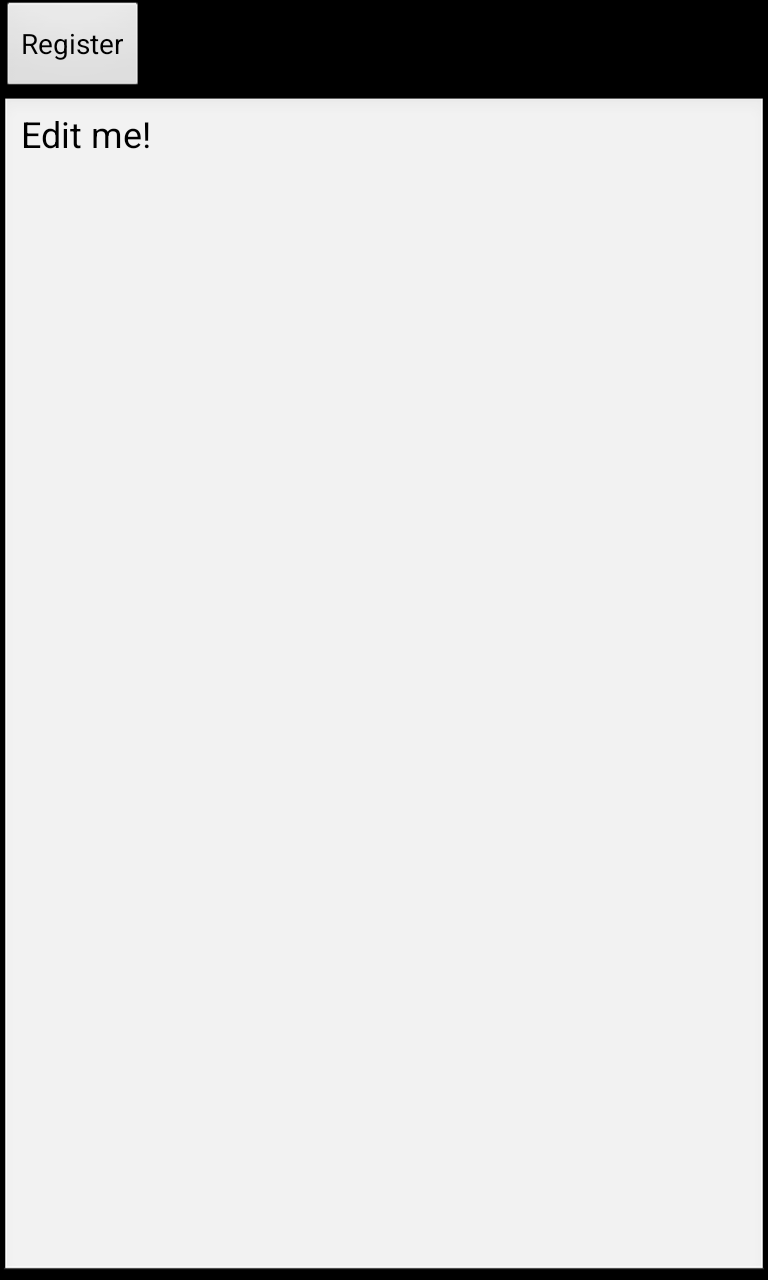
Repository: AjayTripathy/rice
Layout: android.rice.StickyNotesActivity/res/layout/main.xml
An editor plug-in stored every save of this project. The layout is shown before and after the next save, followed by the edit.
It is drawn on a 768 x 1280 px phone screen (xhdpi) without system bars, with theme android:Theme; the app's code is not run.

Above is the layout before, as saved 2012-07-22 08:53:25.

After the next save:
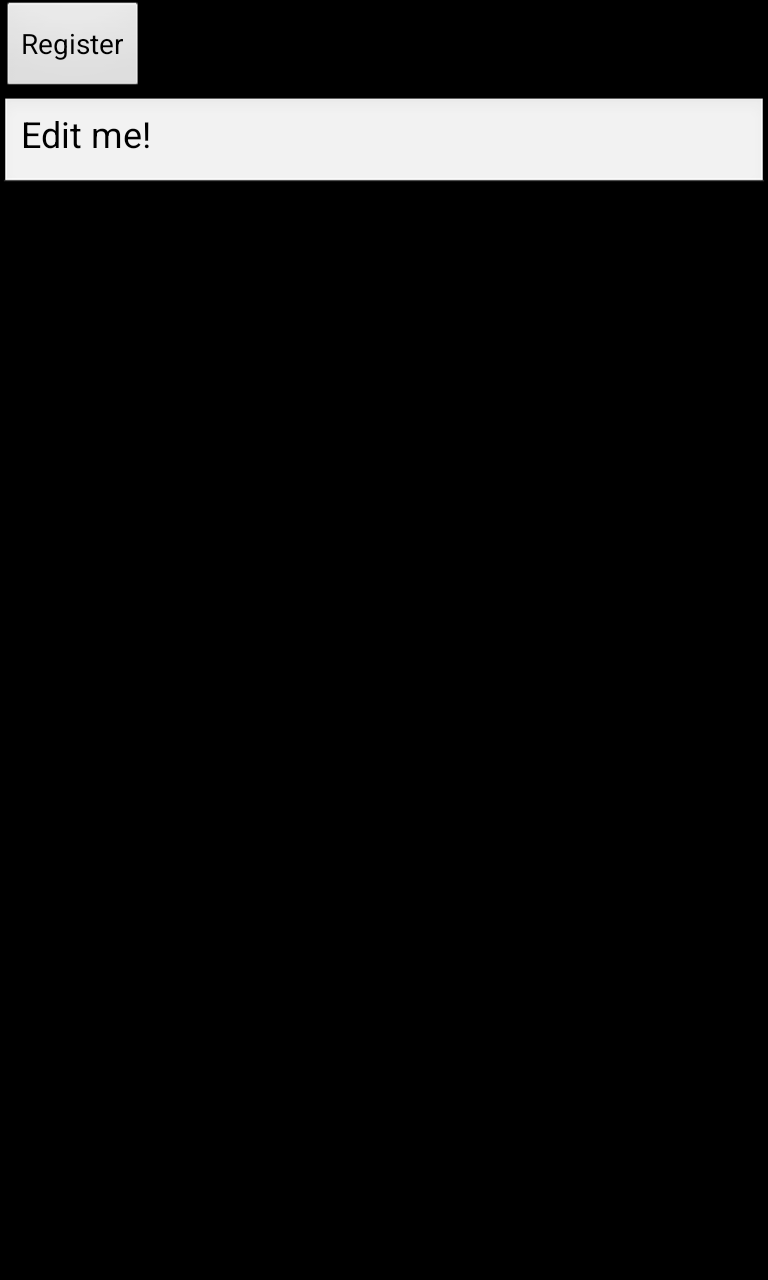
Saved 16 s later.
--- a/android.rice.StickyNotesActivity/res/layout/main.xml
+++ b/android.rice.StickyNotesActivity/res/layout/main.xml
@@ -13,7 +13,7 @@
 <EditText
     android:layout_width="fill_parent"
     android:id="@+id/note"
-    android:layout_height="fill_parent"
+    android:layout_height="wrap_content"
     android:gravity="top"
     android:text="@string/default_note_text">
 </EditText>
